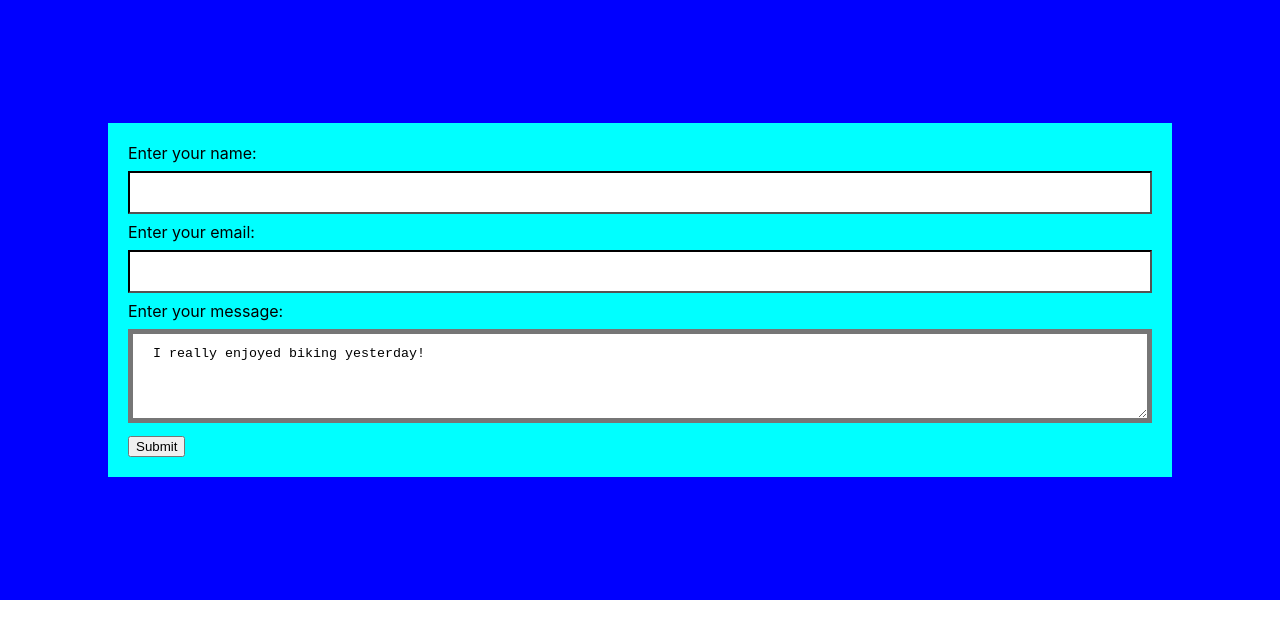
Repository: AddamVictorioDev/ProfileWebsite
Page: /form (app in con/)
An editor plug-in stored every save of this project. The page is shown before and after the next save, followed by the edit.
The browser window is 1280 px wide. The pictures show the whole page.
The project was rebuilt for these pictures with package versions that can differ from the ones it lists, and the page was loaded fresh each time. Also part of the build but not shown: con/src/App.css, con/src/home.css, con/src/home.js, con/src/addam.css, con/src/addam.js, con/src/usescripts.js, con/src/projects.js.

Above is the page before, as saved 2023-03-16 18:52:49.

### con/src/index.css
body {
  margin: 0;
  font-family: -apple-system, BlinkMacSystemFont, 'Segoe UI', 'Roboto', 'Oxygen',
    'Ubuntu', 'Cantarell', 'Fira Sans', 'Droid Sans', 'Helvetica Neue',
    sans-serif;
  -webkit-font-smoothing: antialiased;
  -moz-osx-font-smoothing: grayscale;
  /* background-image: url("/Users/addamvictorio/con/src/waterdropwallpp.jpg"); */
  /* background-color: #ffffff; */

}

code {
  font-family: source-code-pro, Menlo, Monaco, Consolas, 'Courier New',
    monospace;
}

### con/src/App.js
import logo from './logo.svg';
import './App.css';
import HomePage from './home';
import Addam from './addam';

import {
  BrowserRouter,
  Routes,
  Route
} from "react-router-dom";
import Projects from './projects';
import MyForm from './form';

function App() {

  return (

    <BrowserRouter>
      <Routes>


      <Route exact path="/" element={<Addam />}  />
      <Route path="projects" element={<Projects />} />
      <Route path="form" element={<MyForm />} />

      </Routes>


  </BrowserRouter>

  );
}

export default App;

### con/src/form.js
import { useState } from 'react';
import ReactDOM from 'react-dom/client';
import './form.css'

function MyForm() {
  const [inputs, setInputs] = useState({});
  const [textarea, setTextarea] = useState(
    "The content of a textarea goes in the value attribute"
  );

  const handleChange = (event) => {
    const name = event.target.name;
    const value = event.target.value;
    setInputs(values => ({...values, [name]: value}))
  }

  const handleSubmit = (event) => {
    event.preventDefault();
    alert(inputs);
  }

  return (
    <div className="center">
    <form onSubmit={handleSubmit}>
      <label>Enter your name:
      <input
        type="text"
        name="username"
        value={inputs.username || ""}
        onChange={handleChange}
      />
      </label>
      <label>Enter your email:
        <input
          type="text"
          name="age"
          value={inputs.age || ""}
          onChange={handleChange}
        />
        </label>
        <label>Enter your message:
        <textarea
        name="postContent"
        defaultValue="I really enjoyed biking yesterday!"
        rows={4}
        cols={40}
      />
        </label>

        <input type="submit" />
    </form>
    </div>
  )
}

export default MyForm;

### con/src/projects.css
.center{
    display: grid;
    justify-content: center;
    align-items: center;


}
.photo-grid {
    display: flex;
    height: 100%;

    border-radius: 10px;
    border-color: black;

    flex-wrap: wrap;
    justify-content: center;
    align-items: center;
    gap: 10px;
    background-color: blueviolet;
  }

  .photo-item {
    height: 100%;


    position: relative;




    overflow: auto;
  }

  img {
    width: 100%;
    height: 100%;


    object-fit: cover;
  }
  .img-text {
    position: absolute;
    width: 100%;
    bottom: 10px;

    color: white;
    background-color: rgb(199, 6, 6);
    padding: 10px;
  }

### con/src/form.css

.container{
    justify-content: center;
    align-items:center;
    background-color: aquamarine;
}

.center{
    display: grid;
    place-items: center;
    height: 600px;
    background-color: blue;

}


form{
    background-color: aqua;
    width: 80%;
    padding: 20px;
}

input[type=text] {
    width: 100%;
    padding: 12px 20px;
    margin: 8px 0;
border-color: black;
    box-sizing: border-box;
  }
  textarea{

    width: 100%;
    padding: 12px 20px;
    margin: 8px 0;
    box-sizing: border-box;
    border-width: 5px;
  }

Loaded but not shown: con/public/index.html (common file); con/src/index.js (common file); con/src/reportWebVitals.js (common file)

After the next save:
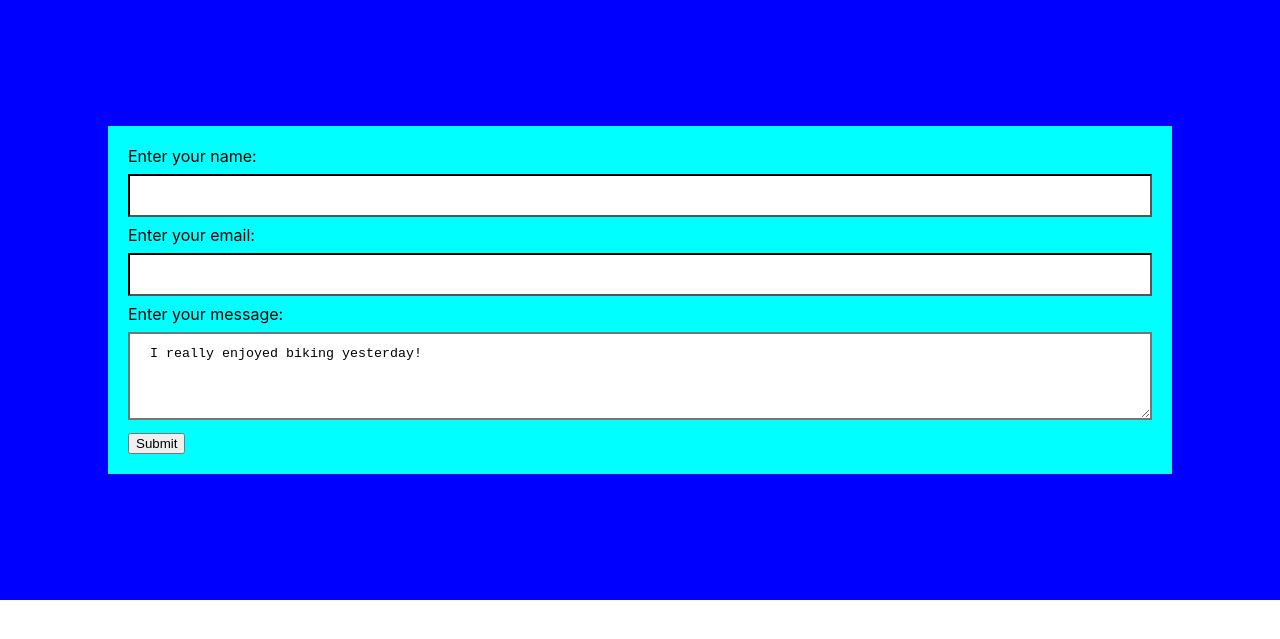
Saved 24 s later.
--- a/con/src/form.css
+++ b/con/src/form.css
@@ -33,5 +33,5 @@ border-color: black;
     padding: 12px 20px;
     margin: 8px 0;
     box-sizing: border-box;
-    border-width: 5px;
+    border-width: 2px;
   }
